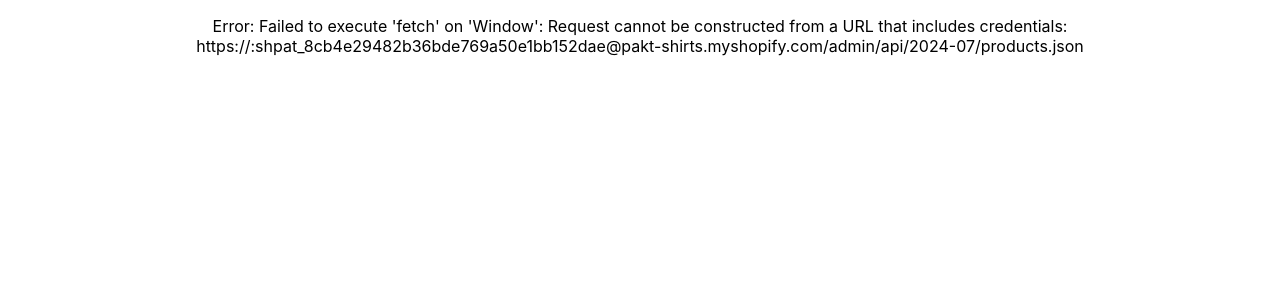
Repository: mitesh-avid-brio/Shopify-React-App
Page: /
These files come from the project's save history. The page is drawn as it stood at one moment and after the next save; the edit follows.
The browser window is 1280 px wide. The pictures show the whole page.
The project was rebuilt for these pictures with package versions that can differ from the ones it lists, and the page was loaded fresh each time.

Above is the page before, as saved 2024-08-12 11:04:46.

After the next save:
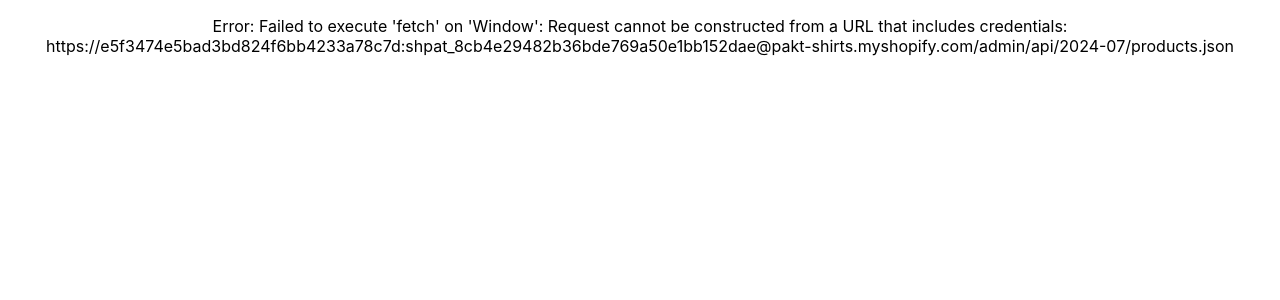
Saved 9 s later.
--- a/src/Components/Inventory.js
+++ b/src/Components/Inventory.js
@@ -8,7 +8,7 @@
 
     useEffect(() => {
         console.log("dad",`https://${process.env.NEXT_PUBLIC_SHOPIFY_CONSUMER_KEY}:${process.env.NEXT_PUBLIC_SHOPIFY_PASSWORD_KEY}@${process.env.NEXT_PUBLIC_SHOPIFY_BASE_URL}/api/2024-07/products.json`)
-        fetch(`https://:${process.env.NEXT_PUBLIC_SHOPIFY_PASSWORD_KEY}@${process.env.NEXT_PUBLIC_SHOPIFY_BASE_URL}/api/2024-07/products.json`,{
+        fetch(`https://e5f3474e5bad3bd824f6bb4233a78c7d:${process.env.NEXT_PUBLIC_SHOPIFY_PASSWORD_KEY}@${process.env.NEXT_PUBLIC_SHOPIFY_BASE_URL}/api/2024-07/products.json`,{
             method: "GET",
             headers:{
                 "X-Shopify-Access-Token": "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",
